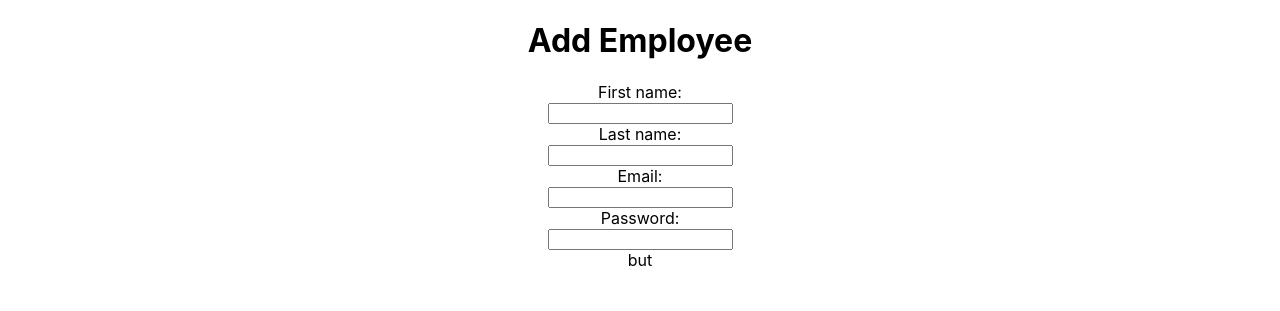
Repository: Biniyamkb/Evangadi-forum
Page: /addemployee (app in demoapp/frontend/)
These files come from the project's save history. The page is drawn as it stood at one moment and after a run of saves; the edit follows.
The browser window is 1280 px wide. The pictures show the whole page.
The project was rebuilt for these pictures with package versions that can differ from the ones it lists, and the page was loaded fresh each time. Also part of the build but not shown: demoapp/frontend/src/Pages/Home.js, demoapp/frontend/src/Pages/Login.js.

Above is the page before, as saved 2025-05-04 22:06:06.

After the next 3 saves:
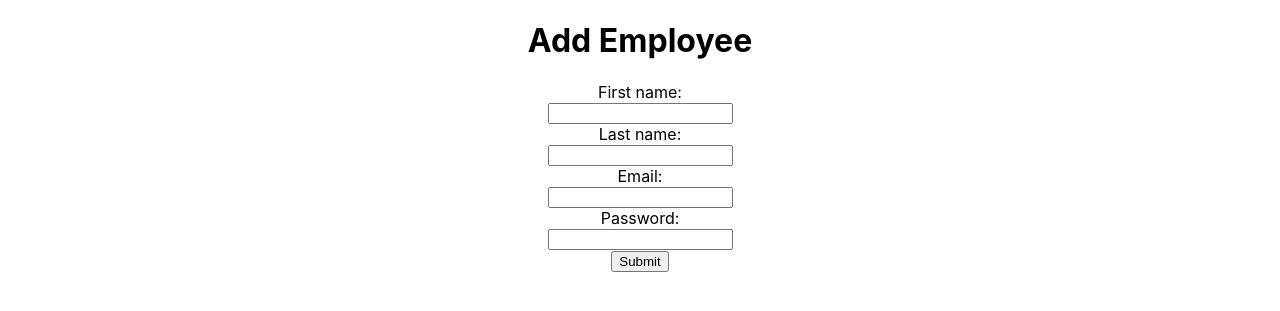
The 3 saves are shown as one change because they came seconds apart.
The last was saved 10 s later.
--- a/demoapp/frontend/src/Pages/AddEmployee.js
+++ b/demoapp/frontend/src/Pages/AddEmployee.js
@@ -1,23 +1,31 @@
-import React from 'react'
+import React from "react";
 
 function AddEmployee() {
   return (
     <div>
-    < h1>Add Employee</h1>
-    <form>
-        <label htmlFor="fname">First name:</label><br/>
-        <input type="text" id="fname" name="fname"/><br/>
-        <label htmlFor="lname">Last name:</label><br/>
-        <input type="text" id="lname" name="lname"/><br/>
-        <label htmlFor="email">Email:</label><br/>
-        <input type="email" id="email" name="email"/><br/>
-        <label htmlFor="password">Password:</label><br/>
-        <input type="password" id="password" name="password"/><br/>
+      <h1>Add Employee</h1>
+      <form>
+        <label htmlFor="fname">First name:</label>
+        <br />
+        <input type="text" id="fname" name="fname" />
+        <br />
+        <label htmlFor="lname">Last name:</label>
+        <br />
+        <input type="text" id="lname" name="lname" />
+        <br />
+        <label htmlFor="email">Email:</label>
+        <br />
+        <input type="email" id="email" name="email" />
+        <br />
+        <label htmlFor="password">Password:</label>
+        <br />
+        <input type="password" id="password" name="password" />
+        <br />
 
-     but
-    </form>
+        <button type="submit">Submit</button>
+      </form>
     </div>
-  )
+  );
 }
 
-export default AddEmployee
+export default AddEmployee;
